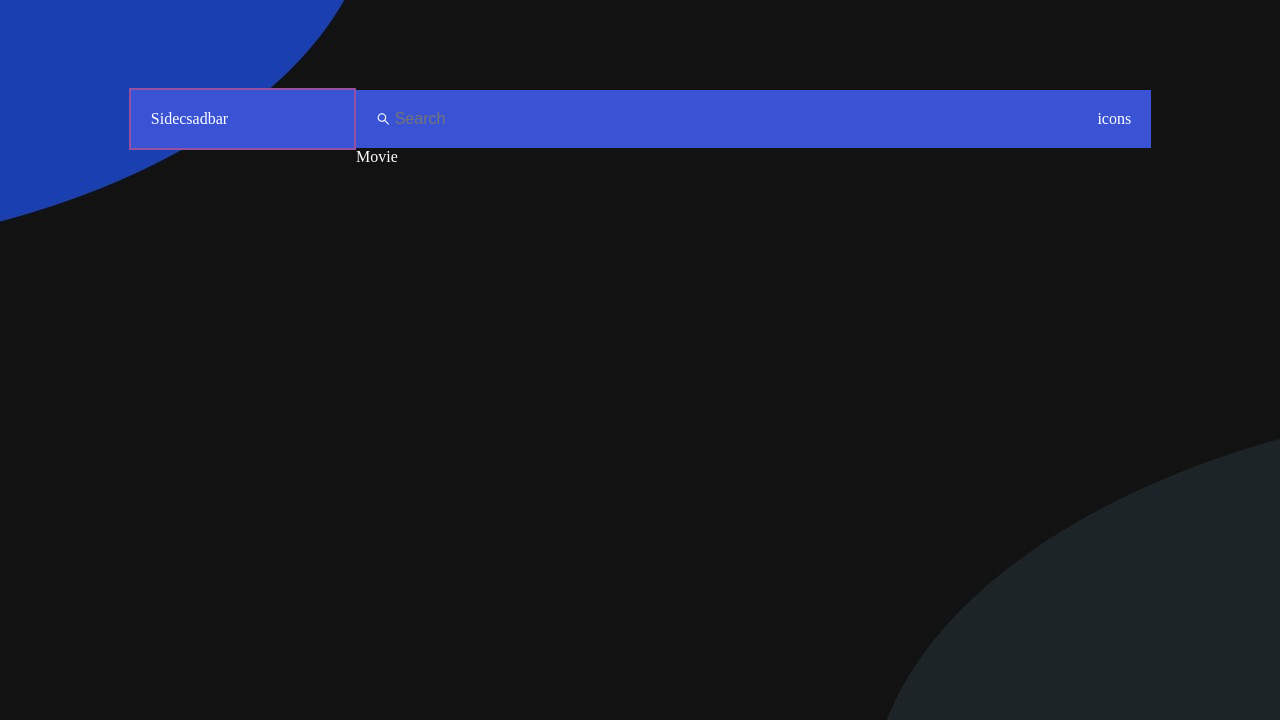
Repository: DevLaukey/movie-task
Page: /
An editor plug-in stored every save of this project. The page is shown before and after the next save, followed by the edit.
The browser window is 1280 px wide. The pictures show the whole page.
The project was rebuilt for these pictures with package versions that can differ from the ones it lists, and the page was loaded fresh each time. Also part of the build but not shown: src/components/Body/Movies.css.

Above is the page before, as saved 2022-06-15 13:21:26.

### src/App.js
import "./App.css"
import Body from "./components/Body/Body";
import Sidebar from "./components/Sidebar/Sidebar";

function App() {
  return (
    <main className="App">
      <div className="App__container">
        <Sidebar />
        <Body />
      </div>
    </main>
  );
}

export default App;

### src/index.css
*{
    padding: 0;
    margin: 0;
    box-sizing: border-box;

}

### src/features/counter/counterSlice.js
import { createAsyncThunk, createSlice } from '@reduxjs/toolkit';
import { fetchCount } from './counterAPI';

const initialState = {
  value: 0,
  status: 'idle',
};

// The function below is called a thunk and allows us to perform async logic. It
// can be dispatched like a regular action: `dispatch(incrementAsync(10))`. This
// will call the thunk with the `dispatch` function as the first argument. Async
// code can then be executed and other actions can be dispatched. Thunks are
// typically used to make async requests.
export const incrementAsync = createAsyncThunk(
  'counter/fetchCount',
  async (amount) => {
    const response = await fetchCount(amount);
    // The value we return becomes the `fulfilled` action payload
    return response.data;
  }
);

export const counterSlice = createSlice({
  name: 'counter',
  initialState,
  // The `reducers` field lets us define reducers and generate associated actions
  reducers: {
    increment: (state) => {
      // Redux Toolkit allows us to write "mutating" logic in reducers. It
      // doesn't actually mutate the state because it uses the Immer library,
      // which detects changes to a "draft state" and produces a brand new
      // immutable state based off those changes
      state.value += 1;
    },
    decrement: (state) => {
      state.value -= 1;
    },
    // Use the PayloadAction type to declare the contents of `action.payload`
    incrementByAmount: (state, action) => {
      state.value += action.payload;
    },
  },
  // The `extraReducers` field lets the slice handle actions defined elsewhere,
  // including actions generated by createAsyncThunk or in other slices.
  extraReducers: (builder) => {
    builder
      .addCase(incrementAsync.pending, (state) => {
        state.status = 'loading';
      })
      .addCase(incrementAsync.fulfilled, (state, action) => {
        state.status = 'idle';
        state.value += action.payload;
      });
  },
});

export const { increment, decrement, incrementByAmount } = counterSlice.actions;

// The function below is called a selector and allows us to select a value from
// the state. Selectors can also be defined inline where they're used instead of
// in the slice file. For example: `useSelector((state: RootState) => state.counter.value)`
export const selectCount = (state) => state.counter.value;

// We can also write thunks by hand, which may contain both sync and async logic.
// Here's an example of conditionally dispatching actions based on current state.
export const incrementIfOdd = (amount) => (dispatch, getState) => {
  const currentValue = selectCount(getState());
  if (currentValue % 2 === 1) {
    dispatch(incrementByAmount(amount));
  }
};

export default counterSlice.reducer;

### src/App.css
.App{
    background-image: url(../public/back.jpg);
    width: 100vw;
    height: 100vh;
    background-size: cover;
    background-repeat: no-repeat;
    color: #fff;
}
.App__container{
    position: absolute;
    display: flex;
    align-items: center;
    justify-content: center;
    padding: 10vh;
    width: 100%;
}

### src/components/Body/Body.js
import React from "react";
import "./Body.css";
import Movies from "./Movies";
import Nav from "./Nav/Nav";
function Body() {
  return (
    <div className="body">
      <Nav />
      <Movies />
    </div>
  );
}

export default Body;

### src/components/Sidebar/Sidebar.js
import React from 'react'
import "./Sidebar.css"
function Sidebar() {
  return (
    <div className="sidebar">Sidecsadbar</div>
  )
}

export default Sidebar

### src/components/Body/Body.css
.body{
    width: 70%;
}

### src/components/Body/Movies.js
import React from 'react'
import Movie from './Movie'
import "./Movies.css"
function Movies() {
  return (
      <div>
          <Movie />
    </div>
  )
}

export default Movies

### src/components/Body/Nav/Nav.js
import React from 'react'
import "./Nav.css"
import { AiOutlineSearch} from "react-icons/ai";

function Nav() {
  return (
    <div className="nav">
      <div className="nav__search">
        <AiOutlineSearch style={{ color:"#fff "}} />
        <input className="nav__search__input" type="text" placeholder="Search" />
      </div>
      <div className="nav__icons">
        icons
      </div>
    </div>
  )
}

export default Nav

### src/components/Sidebar/Sidebar.css
.sidebar{
    display:flex;
    width:20%;
    justify-content: space-between;
    align-items: center;
    padding: 20px 20px;
    background-color: #3a53d4;
    border: 2px solid rgba(158, 80, 158, 0.933);
}

### src/components/Body/Movie.js
import React from 'react'
import "./Movies.css"
function Movie() {
  return (
    <div>Movie</div>
  )
}

export default Movie

### src/components/Body/Nav/Nav.css
.nav {
  width: 100%;
  display: flex;
  justify-content: space-between;
  margin-top: 18px;
  align-items: center;
  padding: 20px 20px;
  background-color: #3a53d4;
}
.nav__search {
  display: flex;
  align-items: center;
}
.nav__search__input {
  width: 100%;
  border: none;
  background-color: #3a53d4;
  color: #fff;
  margin-left: 4px;
  font-size: 1em;
}

.nav__search__input:focus {
  outline: none;
}

Loaded but not shown: public/index.html (common file); src/index.js (common file); src/app/store.js (common file); src/reportWebVitals.js (common file); src/features/counter/counterAPI.js (common file)

After the next save:
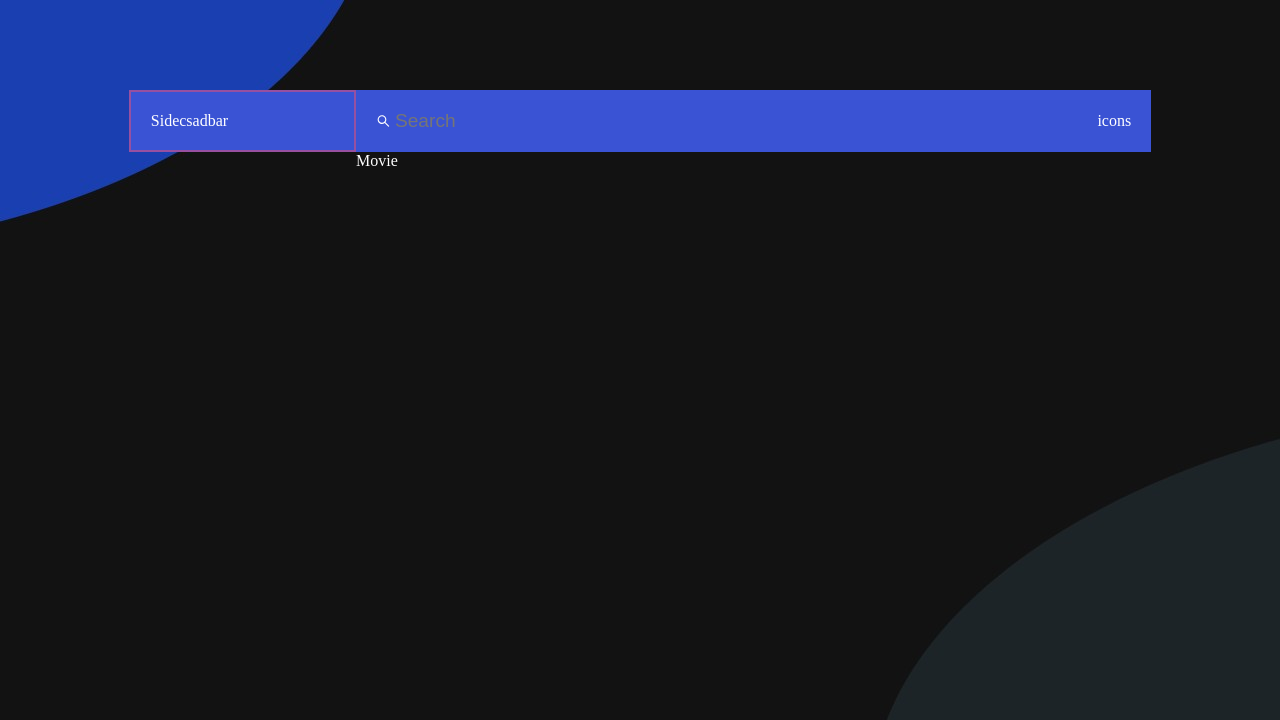
Saved 21 s later.
--- a/src/components/Body/Nav/Nav.css
+++ b/src/components/Body/Nav/Nav.css
@@ -17,7 +17,7 @@
   background-color: #3a53d4;
   color: #fff;
   margin-left: 4px;
-  font-size: 1em;
+  font-size: 1.2em;
 }
 
 .nav__search__input:focus {
